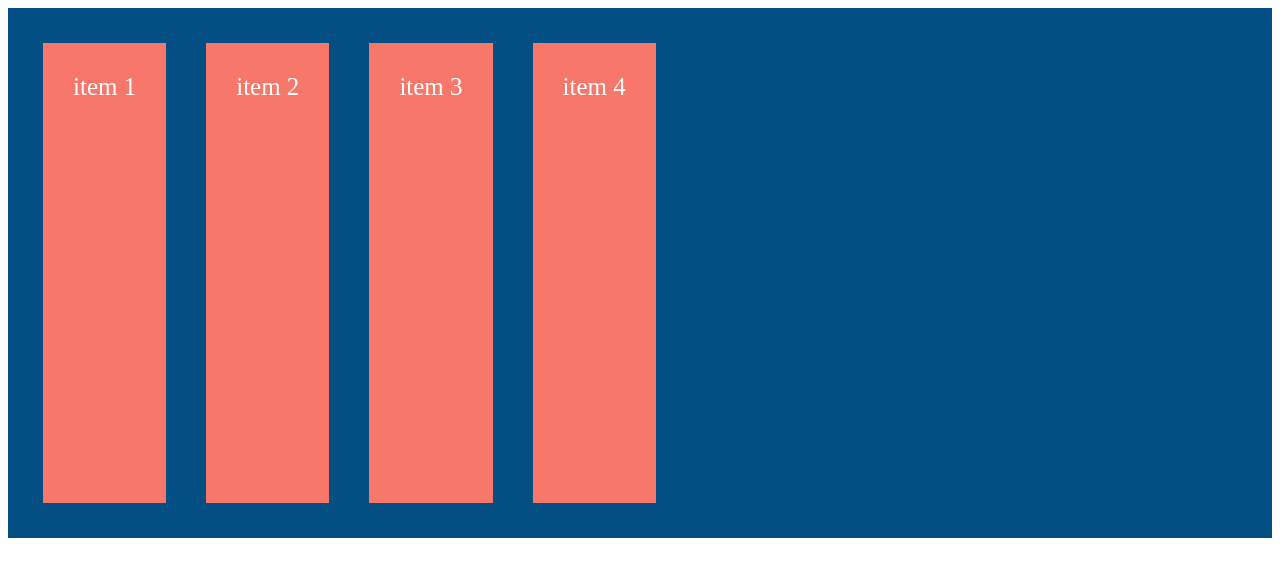
Repository: mehmetbuber38/flex
Page: flex-alignments.html
The author's editor kept a copy of each file at every save. The page is drawn from the files as they stood at one save, then again after the next save.
The browser window is 1280 px wide. The pictures show the whole page.

Above is the page before, as saved 2022-01-30 19:23:16.

### flex-alignments.html
<!DOCTYPE html>
<html lang="en">

<head>
    <meta charset="UTF-8">
    <meta http-equiv="X-UA-Compatible" content="IE=edge">
    <meta name="viewport" content="width=device-width, initial-scale=1.0">
    <title>Flex Container</title>
</head>
<style>
    .container {
        display: flex;
        /* justify-content: center;   Yatayda sıralar ve ortaya hizalar.*/
        /* justify-content: flex-start; Sayfanın en başına alır. */
        /* justify-content: flex-end; Sayfanın en sonuna gelir. */
        /* justify-content: space-around;  Aralarında 1 ve 2 x birim boşluk bırakır. */
        /* justify-content: space-between; Sağ yada soldan boşluk bırakılmaz elemanlar arası eşit boşluk bırakılır. */
        /* justify-content: space-evenly; Sağ yada soldan ortak birim olarak boşluk bırakılır. */
        /* ________________________________________________________________________________________________________________ */

        /* align-items: stretch; Varsayılan olarak gelir. */
        /* align-items: flex-start; İçerik kadar alan kaplar */
        /* align-items: flex-end; İçerik en altta başlar. */
        /* align-items: center; Dikeyde tam ortada durur. */


        height: 500px;
        background-color: #034f84;
        padding: 15px;
    }

    .item {
        background-color: #f7786b;
        padding: 30px;
        margin: 20px;
        color: #fff;
        font-size: 25px;
    }
</style>

<body>
    <div class="container">
        <div class="item">item 1</div>
        <div class="item">item 2</div>
        <div class="item">item 3</div>
        <div class="item">item 4</div>

    </div>

</body>

</html>

After the next save:
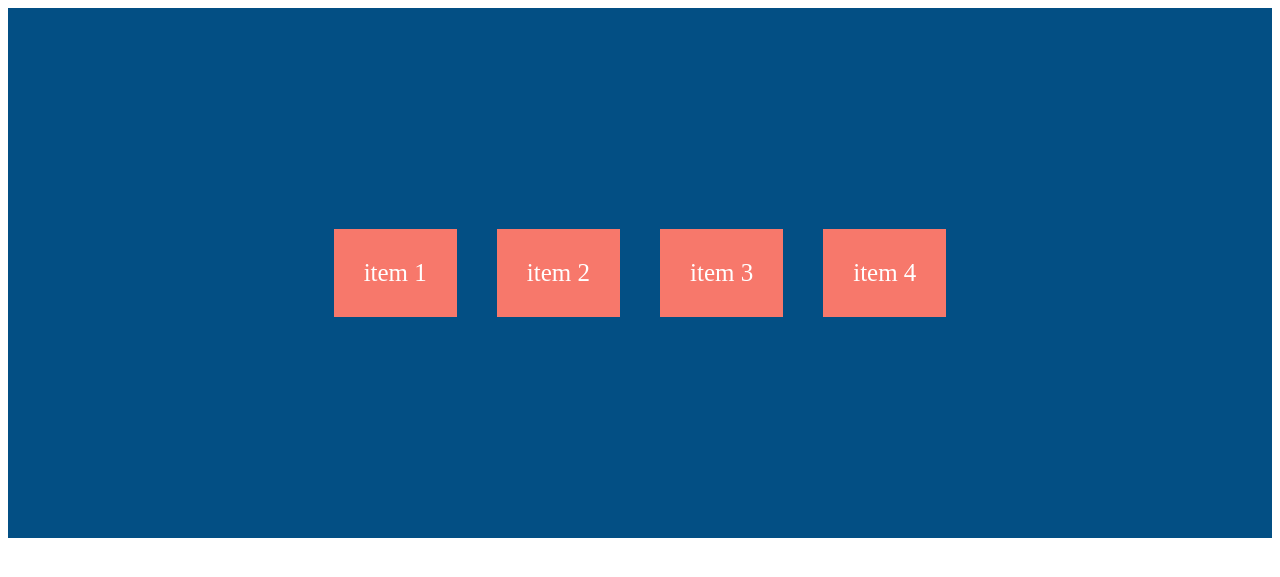
Saved 66 s later.
--- a/flex-alignments.html
+++ b/flex-alignments.html
@@ -10,7 +10,8 @@
 <style>
     .container {
         display: flex;
-        /* justify-content: center;   Yatayda sıralar ve ortaya hizalar.*/
+        justify-content: center;
+        /* Yatayda sıralar ve ortaya hizalar. */
         /* justify-content: flex-start; Sayfanın en başına alır. */
         /* justify-content: flex-end; Sayfanın en sonuna gelir. */
         /* justify-content: space-around;  Aralarında 1 ve 2 x birim boşluk bırakır. */
@@ -21,7 +22,8 @@
         /* align-items: stretch; Varsayılan olarak gelir. */
         /* align-items: flex-start; İçerik kadar alan kaplar */
         /* align-items: flex-end; İçerik en altta başlar. */
-        /* align-items: center; Dikeyde tam ortada durur. */
+        align-items: center;
+        /*Dikeyde tam ortada durur. */
 
 
         height: 500px;

After the save that followed:
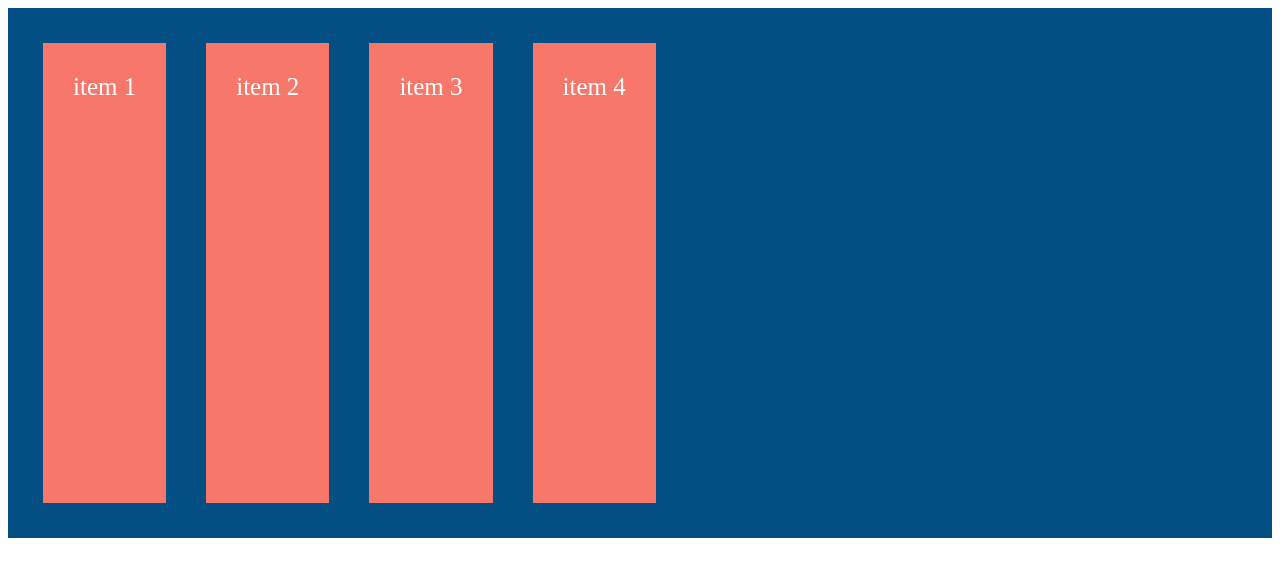
Saved 65 s later.
--- a/flex-alignments.html
+++ b/flex-alignments.html
@@ -10,8 +10,7 @@
 <style>
     .container {
         display: flex;
-        justify-content: center;
-        /* Yatayda sıralar ve ortaya hizalar. */
+        /* justify-content: center;   Yatayda sıralar ve ortaya hizalar. */
         /* justify-content: flex-start; Sayfanın en başına alır. */
         /* justify-content: flex-end; Sayfanın en sonuna gelir. */
         /* justify-content: space-around;  Aralarında 1 ve 2 x birim boşluk bırakır. */
@@ -22,8 +21,7 @@
         /* align-items: stretch; Varsayılan olarak gelir. */
         /* align-items: flex-start; İçerik kadar alan kaplar */
         /* align-items: flex-end; İçerik en altta başlar. */
-        align-items: center;
-        /*Dikeyde tam ortada durur. */
+        /* align-items: center; Dikeyde tam ortada durur. */
 
 
         height: 500px;
